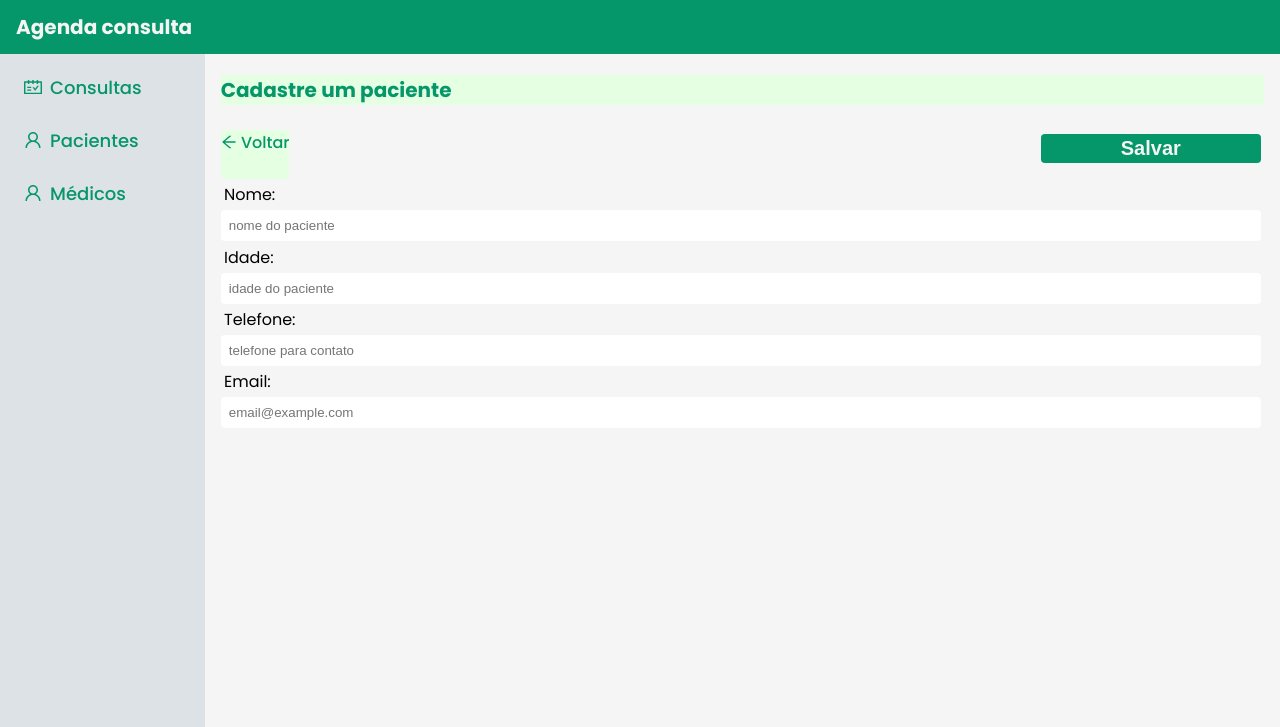
Repository: BarbaraCD/agendaconsulta
Page: /patients/new
An editor plug-in stored every save of this project. The page is shown before and after the next save, followed by the edit.
The browser window is 1280 px wide. The pictures show the whole page.
The project was rebuilt for these pictures with package versions that can differ from the ones it lists, and the page was loaded fresh each time. Also part of the build but not shown: vite.config.ts, src/services/appointment.services.ts, src/styles/Appointments.ts, src/services/doctor.services.ts, src/components/Calendar.tsx, src/styles/CreateContainer.ts, src/components/DoctorTable.tsx, src/components/PatientTable.tsx and 2 more.

Above is the page before, as saved 2023-08-29 16:10:45.

### index.html
<!DOCTYPE html>
<html lang="en">
  <head>
    <meta charset="UTF-8" />
    <link rel="icon" type="image/svg+xml" href="/vite.svg" />
    <meta name="viewport" content="width=device-width, initial-scale=1.0" />

    <link rel="preconnect" href="https://fonts.googleapis.com">
    <link rel="preconnect" href="https://fonts.gstatic.com" crossorigin>
    <link href="https://fonts.googleapis.com/css2?family=Poppins:wght@400;500;700&display=swap" rel="stylesheet">

    <title>Agendamento de Consulta</title>
  </head>
  <body>
    <div id="root"></div>
    <script type="module" src="/src/main.tsx"></script>
  </body>
</html>

### src/main.tsx
/* eslint-disable @typescript-eslint/no-non-null-assertion */
import React from 'react'
import ReactDOM from 'react-dom/client'
import { ThemeProvider } from 'styled-components'
import GlobalStyle, { Container, Content } from './styles/global'
import { theme } from './styles/Theme.ts'
import App from './App.tsx'
import { Routes } from './routes/index.tsx'
import { Header } from './components/Header.tsx'
import { BrowserRouter } from 'react-router-dom'

ReactDOM.createRoot(document.getElementById('root')!).render(
  <React.StrictMode>
    <ThemeProvider theme={theme}>
      <GlobalStyle />
      <BrowserRouter>
        <Header />
        <Container>
          <App />
          <Content>
            <Routes />
          </Content>
        </Container>
      </BrowserRouter>
    </ThemeProvider>
  </React.StrictMode>,
)

### src/styles/global.ts
import styled, { createGlobalStyle } from 'styled-components'

export default createGlobalStyle`
  *{
    margin: 0;
    padding: 0;
    box-sizing: border-box;

  }
  body{
    height: 100%;
    width: 100%;
    font-family: 'Poppins', sans-serif;
    background: ${(props) => props.theme.colors.white};
    font-size: ${(props) => props.theme.size.xl};
  }
`

export const Container = styled.div`
  display: flex;
`

export const SidebarGlobal = styled.div`
  width: 16%;
`

export const Content = styled.div`
  flex: 1;
  margin: 0 1rem;
`

### src/styles/Theme.ts
export const theme = {
  colors: {
    primary: '#059669',
    head: '#059669B3',
    100: '#E4FFE1',

    sbcolor: '#DCE2E6',
    gray: '#41414D',
    black: '#000',
    white: '#f5f5f5',
  },
  size: {
    sm: '14px',
    md: '16px',
    lg: '18px',
    xl: '20px',
    xxl: '24px',
  },
}

### src/App.tsx
import { SidebarGlobal } from './styles/global'
import { Sidebar } from './components/Sidebar'

export default function App() {
  return (
    <SidebarGlobal>
      <Sidebar />
    </SidebarGlobal>
  )
}

### src/routes/index.tsx
import { AppRoutes } from './app.routes'

export function Routes() {
  return (
    <>
      <AppRoutes />
    </>
  )
}

### src/components/Header.tsx
import { Link } from 'react-router-dom'
import { styled } from 'styled-components'

const ContainerHeader = styled.div`
  padding: 12px 16px;
  width: 100%;
  min-width: 200px;
  font-weight: 700;
  overflow: visible;
  background-color: ${(props) => props.theme.colors.primary};
`

const StyleLink = styled(Link)`
  text-decoration: none;
  word-break: normal;
  display: block;
  align-items: center;
  justify-content: center;
  color: ${(props) => props.theme.colors.white};
`

export function Header() {
  return (
    <ContainerHeader>
      <StyleLink to="/">Agenda consulta</StyleLink>
    </ContainerHeader>
  )
}

### src/components/Sidebar.tsx
import { ScheduleOutlined, UserOutlined } from '@ant-design/icons'
import { StyledSidebar, StyledList } from '../styles/SidebarStyled'
import { Link } from 'react-router-dom'

export function Sidebar() {
  return (
    <StyledSidebar>
      <StyledList>
        <li>
          <ScheduleOutlined style={{ color: '#059669' }} />
          <Link to="/appointments/calendar">Consultas</Link>
        </li>
        <li>
          <UserOutlined style={{ color: '#059669' }} />
          <Link to="/patients/list">Pacientes</Link>
        </li>
        <li>
          <UserOutlined style={{ color: '#059669' }} />
          <Link to="/doctors/list">Médicos</Link>
        </li>
      </StyledList>
    </StyledSidebar>
  )
}

### src/routes/app.routes.tsx
import { Routes, Route } from 'react-router-dom'

import { App } from 'antd'
import { AppointmentsCalendar } from '../components/Calendar'
import { InputPatients } from '../components/InputPatient'
import { DoctorTable } from '../components/DoctorTable'
import { PatientTable } from '../components/PatientTable'
import { InputDoctors } from '../components/InputDoctors'
import { CreateAppointments } from '../components/Appointments'

export function AppRoutes() {
  return (
    <Routes>
      <Route path="/" element={<App />} />

      <Route path="/patients/new" element={<InputPatients />} />
      <Route path="/patients/:id/edit" element={<InputPatients />} />
      <Route path="/patients/list" element={<PatientTable />} />

      <Route path="/doctors/new" element={<InputDoctors />} />
      <Route path="/doctors/:id/edit" element={<InputDoctors />} />
      <Route path="/doctors/list" element={<DoctorTable />} />

      <Route path="/appointments/new" element={<CreateAppointments />} />
      <Route path="/appointments/:id/edit" element={<CreateAppointments />} />
      <Route path="/appointments/calendar" element={<AppointmentsCalendar />} />
    </Routes>
  )
}

### src/styles/SidebarStyled.ts
import styled from 'styled-components'

export const StyledSidebar = styled.div`
  display: flex;
  flex-direction: column;
  background-color: ${(props) => props.theme.colors.sbcolor};
  color: ${(props) => props.theme.colors.black};
  font-size: ${(props) => props.theme.size.lg};
  font-weight: 500;
  justify-content: flex-start;
  align-items: flex-start;
  overflow: auto;
  height: 93.5vh;
  min-height: 100%;
`

export const StyledList = styled.ul`
  list-style: none;
  padding: 0.5rem;

  li {
    cursor: pointer;
    padding: 1rem;
    line-height: 1.3rem;
  }

  a {
    text-decoration: none;
    color: ${(props) => props.theme.colors.primary};
    margin: 0.5rem;
    word-break: break-all;
  }
`

### src/components/InputPatient.tsx
/* eslint-disable react-hooks/exhaustive-deps */
import { z } from 'zod'
import { useForm } from 'react-hook-form'
import { zodResolver } from '@hookform/resolvers/zod'

import { useEffect, useState } from 'react'
import {
  FlexDiv,
  InputContainer,
  MessageError,
  MessageSaved,
  StyledInput,
  StyledValidation,
  SubmitButton,
  StyledLink,
} from '../styles/InputContainer'
import {
  createPatient,
  updatePatient,
  getPatientById,
} from '../services/patient.services'
import { useParams, useNavigate } from 'react-router-dom'
import { ArrowLeftOutlined } from '@ant-design/icons'

const patientSchema = z.object({
  name: z
    .string()
    .nonempty('O nome é obrigatório')
    .transform((name) => {
      return name
        .trim()
        .split(' ')
        .map((word) => {
          return word[0].toLocaleUpperCase().concat(word.substring(1))
        })
        .join(' ')
    }),
  age: z.coerce.number().min(12, 'Idade obrigatória').max(120),
  telephone: z
    .string()
    .min(11, 'Telefone é obrigatório')
    .max(11, 'Telefone deve conter 11 digitos'),
  email: z
    .string()
    .nonempty('O email é obrigatório')
    .email('Formato de email inválido')
    .toLowerCase(),
})

export type PatientSchemaType = z.infer<typeof patientSchema>

export function InputPatients() {
  const {
    reset,
    register,
    handleSubmit,
    formState: { errors, isSubmitting },
  } = useForm<PatientSchemaType>({
    resolver: zodResolver(patientSchema),
    defaultValues: {
      name: '',
      age: null || undefined,
      telephone: null || undefined,
      email: '',
    },
  })

  const navigate = useNavigate()
  const { id } = useParams()
  const [successMessage, setSuccessMessage] = useState<string | null>(null)
  const [errorMessage, setErrorMessage] = useState<string | null>(null)

  useEffect(() => {
    fetchPatients()
  }, [])

  async function fetchPatients() {
    if (!id) return
    try {
      const response = await getPatientById(Number(id))
      reset(response as unknown as PatientSchemaType)
    } catch (error) {
      console.error('Error fetching Patients:', error)
    }
  }

  async function createNewPatient(data: PatientSchemaType) {
    try {
      if (id) {
        await updatePatient(Number(id), data)
        navigate(-1)
      } else {
        await createPatient(data)
      }
      setSuccessMessage('Paciente salvo com sucesso!')
      setTimeout(() => {
        setSuccessMessage(null)
      }, 2000)
      reset()
    } catch (error) {
      setErrorMessage('Erro ao cadastrar/atualizar paciente.')
    }
  }

  return (
    <InputContainer>
      {successMessage && <MessageSaved>{successMessage}</MessageSaved>}
      {errorMessage && <MessageError>{errorMessage}</MessageError>}
      <h3>Cadastre um paciente</h3>
      <FlexDiv>
        <StyledLink to="/patients/list">
          <ArrowLeftOutlined /> Voltar
        </StyledLink>
        <SubmitButton type="submit" disabled={isSubmitting}>
          <p>Salvar</p>
        </SubmitButton>
      </FlexDiv>

      <form onSubmit={handleSubmit(createNewPatient)}>
        <div>
          <label htmlFor="name">Nome:</label>
          <StyledInput
            {...register('name')}
            type="text"
            name="name"
            id="name"
            placeholder="nome do paciente"
            autoComplete="off"
          />
          {errors.name && (
            <StyledValidation>{errors.name.message}</StyledValidation>
          )}
        </div>

        <div>
          <label htmlFor="age">Idade:</label>
          <StyledInput
            {...register('age')}
            type="number"
            name="age"
            id="age"
            maxLength={3}
            placeholder="idade do paciente"
            autoComplete="off"
          />
          {errors.age && (
            <StyledValidation>{errors.age.message}</StyledValidation>
          )}
        </div>

        <div>
          <label htmlFor="telephone">Telefone:</label>
          <StyledInput
            {...register('telephone')}
            type="number"
            name="telephone"
            id="telephone"
            placeholder="telefone para contato"
            autoComplete="off"
          />
          {errors.telephone && (
            <StyledValidation>{errors.telephone.message}</StyledValidation>
          )}
        </div>

        <div>
          <label htmlFor="email">Email:</label>
          <StyledInput
            {...register('email')}
            type="text"
            id="email"
            name="email"
            placeholder="email@example.com"
            autoComplete="off"
          />
          {errors.email && (
            <StyledValidation>{errors.email.message}</StyledValidation>
          )}
        </div>
      </form>
    </InputContainer>
  )
}

### src/styles/InputContainer.ts
import styled from 'styled-components'
import { Select } from 'antd'
import { Link } from 'react-router-dom'

export const InputContainer = styled.main`
  color: ${(props) => props.theme.colors.black};
  font-size: ${(props) => props.theme.size.md};
  padding: 0.5rem 0;

  div {
    margin: 0.2rem 0.2rem 0.2rem 0;
  }

  h3 {
    background-color: ${(props) => props.theme.colors[100]};
    color: ${(props) => props.theme.colors.primary};
    font-size: ${(props) => props.theme.size.xl};
    margin: 0.8rem 0;
  }

  label {
    display: flex;
    margin: 0.2rem;
  }

  p {
    font-size: ${(props) => props.theme.size.lg};
    font-weight: 400;
  }
`

export const StyledValidation = styled.span`
  size: ${(props) => props.theme.size.md};
  color: red;
`

export const ApFooter = styled.div`
  display: flex;
  align-items: center;
  justify-content: space-between;
  margin-bottom: 0.5rem;
`

export const StyledSelect = styled(Select)`
  width: 100%;
  border: none;
`

export const SubmitButton = styled.button`
  padding: 0.2rem 5rem;
  border: none;
  border-radius: 4px;
  overflow: hidden;
  cursor: pointer;
  margin: 1rem 0;
  background-color: ${(props) => props.theme.colors.primary};
  color: ${(props) => props.theme.colors.white};

  p {
    font-size: ${(props) => props.theme.size.xl};
    font-weight: 600;
    overflow: hidden;
  }

  &:hover {
    background-color: ${(props) => props.theme.colors.head};
  }
`

export const StyledLink = styled(Link)`
  text-decoration: none;
  color: ${(props) => props.theme.colors.primary};
  background-color: ${(props) => props.theme.colors[100]};
  font-weight: 500;
  border-radius: 4px;
  margin-top: 0.8rem;

  &:hover {
    color: ${(props) => props.theme.colors.gray};
    background-color: ${(props) => props.theme.colors.sbcolor};
  }
`

export const MessageSaved = styled.p`
  justify-content: center;
  text-align: center;
  width: 30%;
  border-radius: 4px;
  margin: 0 35%;
  background-color: ${(props) => props.theme.colors[100]};
  color: ${(props) => props.theme.colors.primary};
  size: ${(props) => props.theme.size.lg};
`

export const MessageError = styled.p`
  background-color: lightpink;
  color: red;
  justify-content: center;
  text-align: center;
  width: 30%;
  border-radius: 4px;
  margin: 0 35%;
`

export const StyledInput = styled.input`
  width: 100%;
  padding: 0.5rem;
  border: none;
  border-radius: 4px;
  overflow: hidden;
`

export const PatSpan = styled.span`
  text-decoration: none;
  color: ${(props) => props.theme.colors.primary};
  background-color: ${(props) => props.theme.colors[100]};
  font-weight: 500;
  border-radius: 4px;
  margin-top: 1rem;
`
export const FlexDiv = styled.div`
  display: flex;
  justify-content: space-between;
`

### src/services/patient.services.ts
import { PatientSchemaType } from '../components/InputPatient'
import { PatientsProps } from '../components/PatientTable'
import { api } from './ApiConfig'

export async function getPatient(): Promise<PatientsProps[]> {
  try {
    const response = await api.get('/patient')
    return response.data
  } catch (error) {
    throw new Error('Erro ao obter dados dos pacientes:')
  }
}

export async function getPatientById(id: number): Promise<PatientsProps> {
  try {
    const response = await api.get(`/patient/${id}`)
    return response.data
  } catch (error) {
    throw new Error('Erro ao obter dados dos pacientes:')
  }
}

export async function createPatient(data: PatientSchemaType) {
  return api.post('/patient', data)
}

export async function updatePatient(id: number, data: PatientSchemaType) {
  try {
    const response = await api.put(`/patient/${id}`, data)
    return response.data
  } catch (error) {
    throw new Error('Erro ao obter dados dos pacientes:')
  }
}

export async function deletePatient(id: number) {
  return await api.delete(`/patient/${id}`)
}

Loaded but not shown: src/services/ApiConfig.ts (common file)

After the next save:
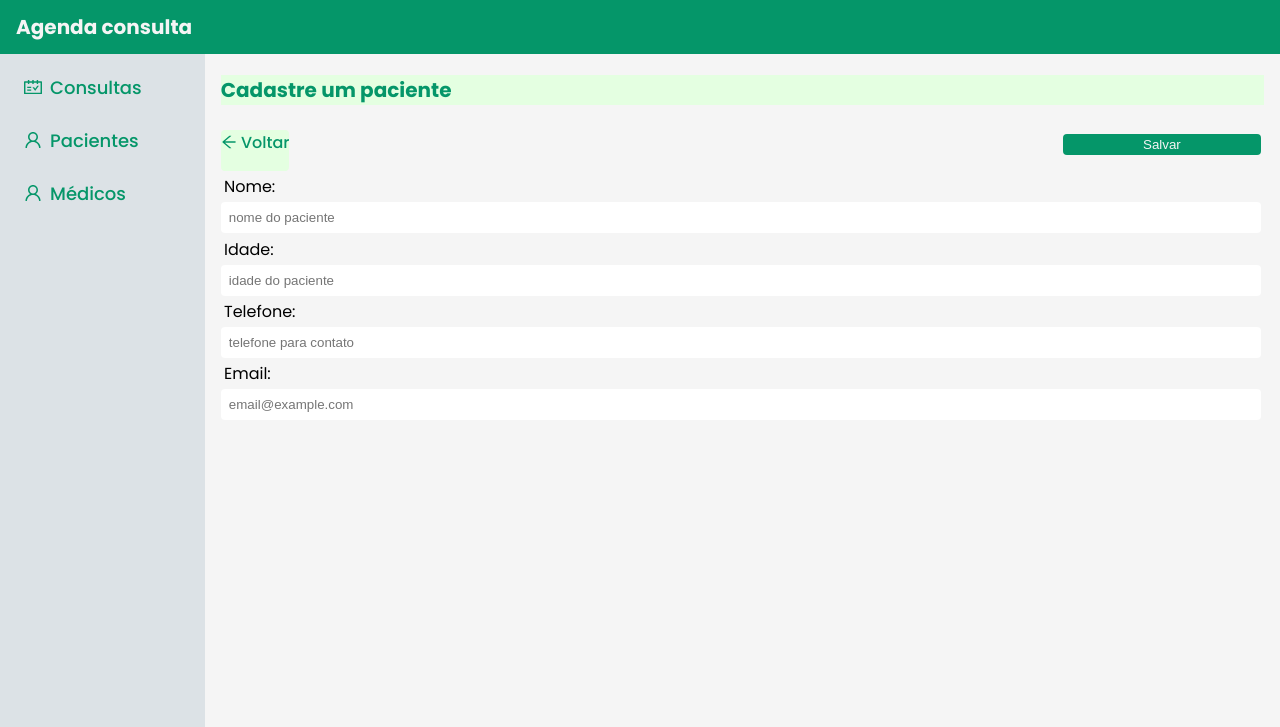
Saved 100 s later.
--- a/src/components/InputPatient.tsx
+++ b/src/components/InputPatient.tsx
@@ -112,7 +112,7 @@ export function InputPatients() {
           <ArrowLeftOutlined /> Voltar
         </StyledLink>
         <SubmitButton type="submit" disabled={isSubmitting}>
-          <p>Salvar</p>
+          Salvar
         </SubmitButton>
       </FlexDiv>
 

After the save that followed:
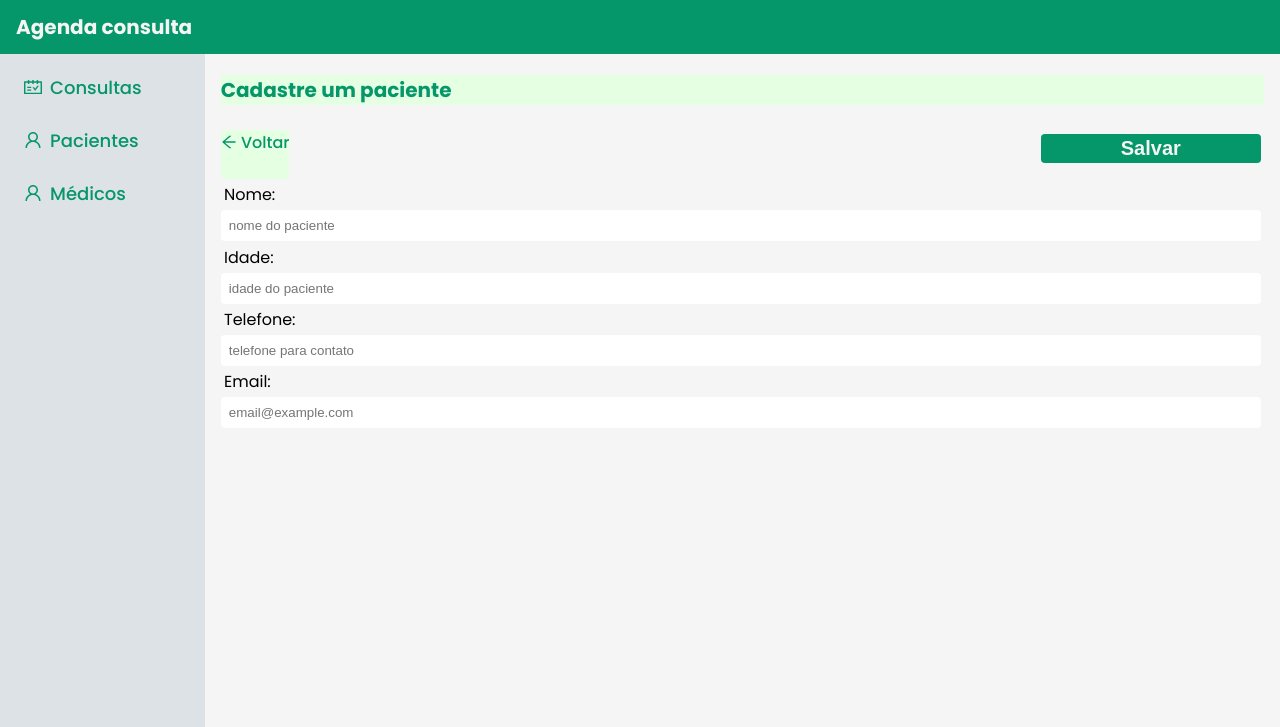
Saved 40 s later.
--- a/src/styles/InputContainer.ts
+++ b/src/styles/InputContainer.ts
@@ -56,11 +56,9 @@ export const SubmitButton = styled.button`
   background-color: ${(props) => props.theme.colors.primary};
   color: ${(props) => props.theme.colors.white};
 
-  p {
-    font-size: ${(props) => props.theme.size.xl};
-    font-weight: 600;
-    overflow: hidden;
-  }
+  font-size: ${(props) => props.theme.size.xl};
+  font-weight: 600;
+  overflow: hidden;
 
   &:hover {
     background-color: ${(props) => props.theme.colors.head};
